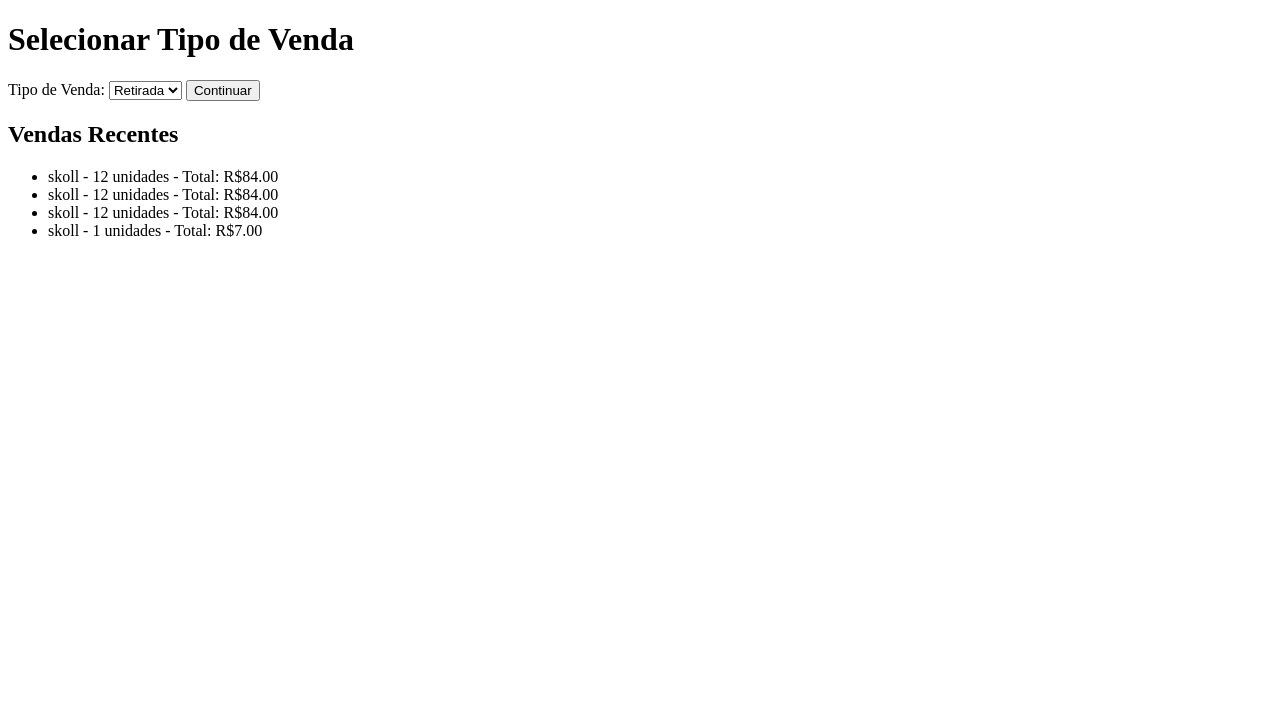
Repository: joaobatistafrontend/ven
Page: http://localhost/
An editor plug-in stored every save of this project. The page is shown before and after a run of saves, followed by the edit.
The browser window is 1280 px wide. The pictures show the whole page.
The page is served by the project's application, run on Django 4.2 (manage.py). The page reads the database file committed with the project.

Above is the page before, as saved 2024-08-20 14:52:26.

After the next 3 saves:
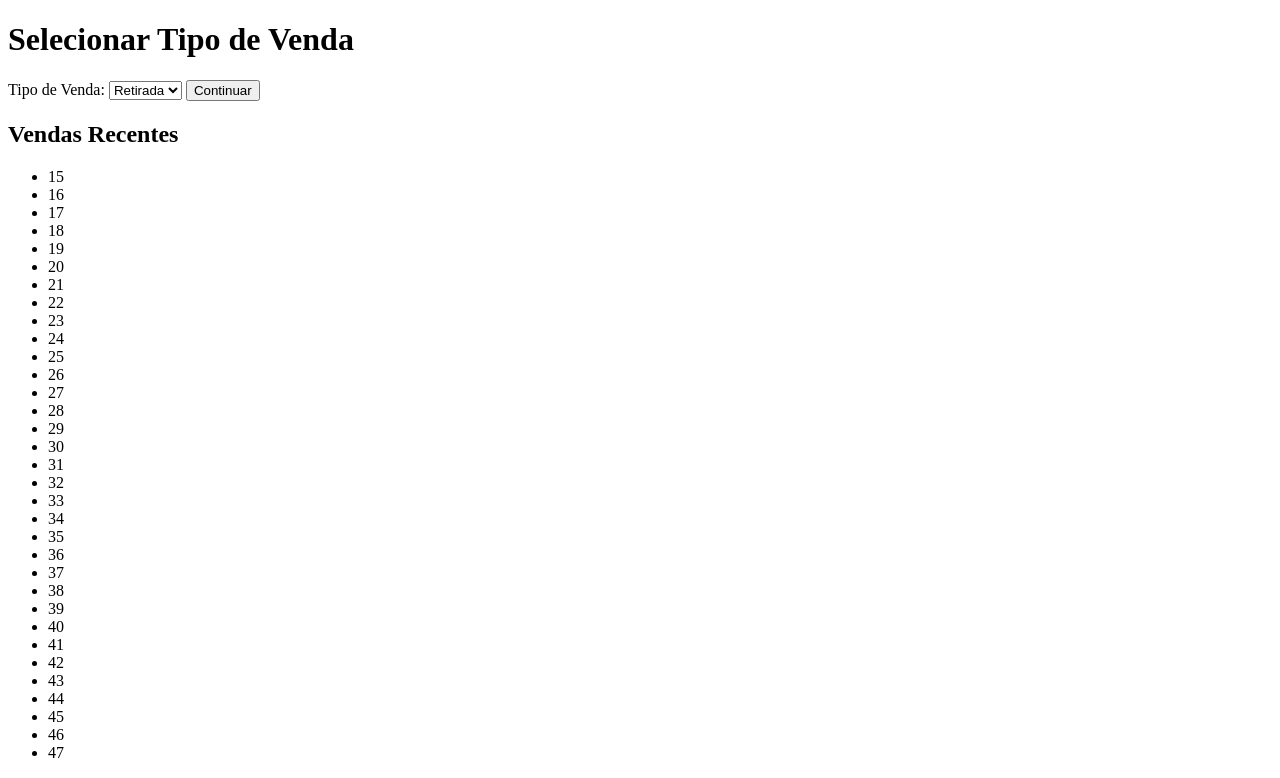
The 3 saves are shown as one change because they came seconds apart.
The last was saved 2 min 3 s later.
--- a/core/views.py
+++ b/core/views.py
@@ -8,13 +8,12 @@ class Index(View):
 
     def get(self, request):
         tipo_venda = TipoVenda.objects.all()
-        todas_vendas = VendaDoProduto.objects.all()
+        todas_vendas = Venda.objects.all()  # Use Venda para listar vendas
         return render(request, self.template_name, {'todas_vendas': todas_vendas, 'tipo_venda': tipo_venda})
 
     def post(self, request):
         tipo_venda_id = request.POST.get('tipo_venda')
 
-        # Converta o tipo_venda_id para inteiro
         try:
             tipo_venda_id = int(tipo_venda_id)
         except (ValueError, TypeError):
@@ -22,10 +21,8 @@ class Index(View):
 
         tipo_venda = get_object_or_404(TipoVenda, id=tipo_venda_id)
 
-        # Cria uma nova venda com o tipo selecionado
         nova_venda = Venda.objects.create(tipo_venda=tipo_venda)
 
-        # Define o formulário baseado no tipo de venda
         if tipo_venda.tipo == 'Entrega':
             form = VendaEntregaForm(request.POST or None)
         elif tipo_venda.tipo == 'Retirada':
@@ -40,7 +37,6 @@ class Index(View):
             return redirect('adicionar_produtos', venda_id=nova_venda.identificador_unico)
 
         return render(request, 'nova_venda.html', {'form': form, 'tipo_venda': tipo_venda})
-
 class AdicionarProdutosView(View):
     template_name = 'adicionar_produtos.html'
 
